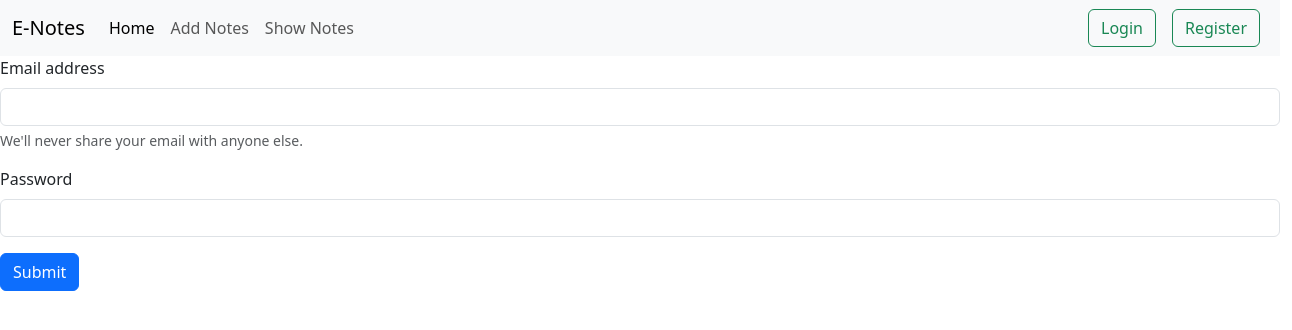
Repository: SandeepSharma2002/JavaProjects
Page: http://localhost/ENotes/addNotes.jsp
The author's editor kept a copy of each file at every save. The page is drawn from the files as they stood at one save, then again after the next save.
The browser window is 1280 px wide. The page is 1292 px wide, so the pictures cover 1292 px, including what lies to the right of the window. The pictures show the whole page.
The page is served by Tomcat 9.

Above is the page before, as saved 2023-10-24 18:45:40.

After the next save:
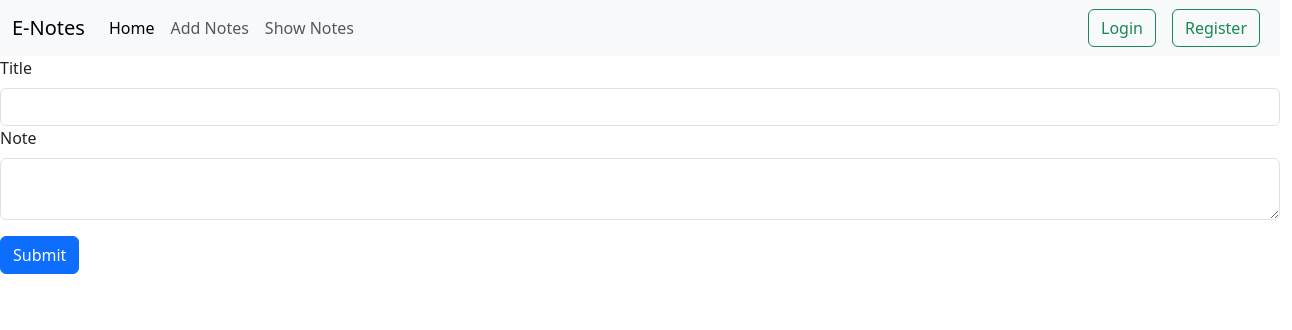
Saved 109 s later.
--- a/ENotes/src/main/webapp/addNotes.jsp
+++ b/ENotes/src/main/webapp/addNotes.jsp
@@ -14,19 +14,16 @@
 
 			<form>
 				<div class="mb-3">
-					<label for="exampleInputEmail1" class="form-label">Email
-						address</label> <input type="email" class="form-control"
-						id="exampleInputEmail1" aria-describedby="emailHelp">
-					<div id="emailHelp" class="form-text">We'll never share your
-						email with anyone else.</div>
-				</div>
-				<div class="mb-3">
-					<label for="exampleInputPText1" class="form-label">Password</label>
-					<input type="text" class="form-control"
-						id="exampleInputPassword1">
-				</div>
+					<label for="exampleInputEmail1" class="form-label">Title</label> <input
+						type="text" class="form-control" id="exampleInputEmail1"
+						aria-describedby="emailHelp">
 
-				<button type="submit" class="btn btn-primary">Submit</button>
+					<div class="mb-3">
+						<label for="exampleInputPText1" class="form-label">Note</label> <textarea
+							type="text" class="form-control" id="exampleInputPassword1"></textarea>
+					</div>
+
+					<button type="submit" class="btn btn-primary">Submit</button>
 			</form>
 
 		</div>
